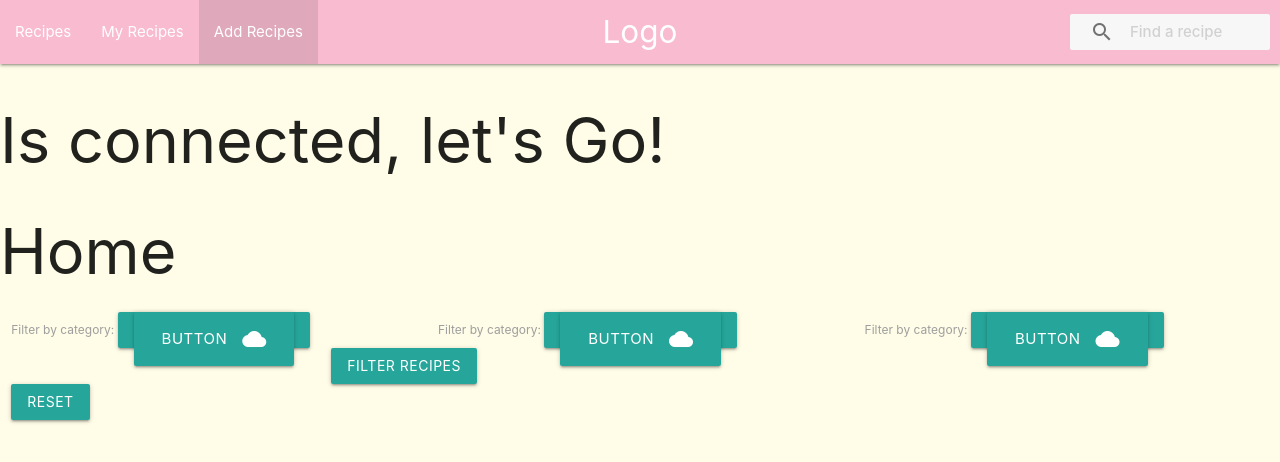
Repository: pazcm/cook-book
Page: templates/home.html
The author's editor kept a record of every edit. The page is drawn from the files as they stood at one moment, then again after the next edit.
The browser window is 1280 px wide. The pictures show the whole page.
Some web libraries are served in a nearby version. The page is served by the project's application, run on Flask 3 (app.py). The template is opened directly, without the code that normally fills it, so the values that code supplies are empty.

Above is the page before.

### templates/home.html
{% extends 'base.html' %}
{% block content %}
<h1>Home</h1>
    <div class="row">
        <form action="/" class="form-container" method="POST">
    <div class="form-row">
        <div class="col s12 offset-m4 l4 form-filter">
            <label for="category" class="category-filter">Filter by category: </label>
              <button class="btn btn-category" type="button">
                <a class="waves-effect waves-light btn-large"><i class="material-icons right">cloud</i>button</a>
              </button>
        </div>
        <div class="col s12 offset-m4 l4 form-filter">
            <label for="category" class="category-filter">Filter by category: </label>
              <button class="btn btn-ingredient" type="button">
                <a class="waves-effect waves-light btn-large"><i class="material-icons right">cloud</i>button</a>
              </button>
        </div>
        <div class="col s12 offset-m4 l4 form-filter">
            <label for="category" class="category-filter">Filter by category: </label>
              <button class="btn btn-cuisine" type="button">
                <a class="waves-effect waves-light btn-large"><i class="material-icons right">cloud</i>button</a>
              </button>
        </div>
    </div>
        <!-- submit / reset -->
        <div class="form-row">
            <div class="col s6 m6 offset-l3 l3">
                <button class="btn btn-filter" type="Submit">Filter Recipes</button>
            </div>
            <div class="col s12 m-6 l-3">
                <button href="{{url_for('home', recipes=recipes, category=category, ingredients=ingredients, cuisine=cuisine)}}" class="btn">Reset</button>
            </div>
        </div>
    </form>
    </div>
{% endblock %}

### templates/base.html
<!DOCTYPE html>
<html lang="en">
<html>
    <head>
        <meta charset="UTF-8">
        <meta name="viewport" content="width=device-width, initial-scale=1.0">
        <meta http-equiv="X-UA-Compatible" content="ie=edge">
        <!-- fonts icons -->
        <link href="https://fonts.googleapis.com/icon?family=Material+Icons" rel="stylesheet">
        <link href="https://stackpath.bootstrapcdn.com/font-awesome/4.7.0/css/font-awesome.min.css">
        <!-- Materialize -->
        <link rel="stylesheet" href="https://cdnjs.cloudflare.com/ajax/libs/materialize/1.0.0/css/materialize.min.css">
        <!-- custom CSS -->
        <link rel="stylesheet" href="{{ url_for('static', filename='css/style.css') }}" type="text/css" />

        <title>Cook Book app</title>
    </head>
    <body>
        <!-- Header - Navigation bar -->
        <nav>
            <div class="nav-wrapper">
            <!--sidenav-->
                <ul id="slide-out" class="sidenav">
                    <li>
                        <div class="user-view">
                            <div class="background">
                                <img src="static/images/yellow-unsplash.jpg">
                            </div>
                            <a href="#user"><img class="circle" src="static/images/toa-unsplash.jpg"></a>
                            <a href="#name"><span class="white-text name">Mary Jane</span></a>
                            <a href="#email"><span class="white-text email">maryjane@example.com</span></a>
                        </div>
                    </li>
                    <li><a href="#!"><i class="material-icons">local_dining</i>Link Logo Cook Book</a></li>
                    <li>
                        <div class="divider"></div>
                    </li>
                    <li><a class="subheader">Browse</a></li>
                    <li><a class="waves-effect" href="#!">Recipes</a></li>
                    <li><a class="waves-effect" href="#!">My Recipes</a></li>
                    <li><a class="waves-effect" href="#!">Add Recipes</a></li>
                </ul>
                <a href="#" data-target="slide-out" class="sidenav-trigger"><i class="material-icons">menu</i></a>
                <!--end sidenav-->

                <!--navbar menu-->
                <a href="#" class="brand-logo center">Logo</a>
                <ul id="nav-mobile" class="left hide-on-med-and-down">
                    <li><a href="templates/recipes.html">Recipes</a></li>
                    <li><a href="templates/my-recipes.html">My Recipes</a></li>
                    <li class="active"><a href="templates/add-recipes.html">Add Recipes</a></li>
                </ul>
                <div class="search-box">
                        <form action="" class="browser-default right">
                            <input id="search-input" placeholder="Find a recipe" type="text" class="browser-default search-field" name="q" value="" autocomplete="off" aria-label="Search box">
                            <label for="search-input"><i class="material-icons search-icon active">search</i></label>
                      </form>
                </div>
            </div>
            <!--end navebar menu-->
        </nav>
        <h1>Is connected, let's Go!</h1>
        {% block content %}
        {% endblock %}


        <!-- jQuery-->
        <script src="https://cdnjs.cloudflare.com/ajax/libs/jquery/3.2.1/jquery.min.js"></script>
        <!-- Compiled and minified JavaScript -->
        <script src="https://cdnjs.cloudflare.com/ajax/libs/materialize/1.0.0/js/materialize.min.js"></script>

        <!-- Collapsible Sidenav  -->
        <script type="text/javascript">
             $(document).ready(function () {
                    $('.sidenav').sidenav();
                });
        </script>

        <!--search box-->
        <script type="text/javascript">
            /* hide when expanded*/
document.querySelector(".search-field").addEventListener("focus", function() {
  let hidden = document.querySelectorAll(".search-hide");

  for (let i = 0; i < hidden.length; ++i) {
    hidden[i].style.display = "none";
  }
});

/* show when expanded*/
document.querySelector(".search-field")
  .addEventListener("focusout", function() {
    let hidden = document.querySelectorAll(".search-icon");
    for (let i = 0; i < hidden.length; ++i) {
      hidden[i].style.display = "block";
    }
  });


        </script>
    </body>
</html>

### app.py
import os
from flask import Flask, render_template, redirect, request, url_for
from flask_pymongo import PyMongo
from bson.objectid import ObjectId

app = Flask(__name__)
app.config["MONGO_DBNAME"] = 'cook-book-db'
app.config["MONGO_URI"] = 'mongodb+srv://root:r00tUser@cluster2-6phdr.mongodb.net/cook-book-db?retryWrites=true&w=majority'

mongo = PyMongo(app)


@app.route('/')
@app.route('/get_recipe')
def get_recipe():
    return render_template("recipes.html", recipes=mongo.db.recipes.find())


if __name__ == '__main__':
    app.run(host=os.environ.get('IP'),
            port=int(os.environ.get('PORT')),
            debug=True)

### static/css/style.css
body {
  background-color: #fffde7;
}

nav .nav-wrapper {
  background-color: #f8bbd0;
  margin-right: 0;
}

/* search box */

nav .search-box {
  position: relative;
  height: 100%;
  margin-right: 10px;
}

input.search-field {
  width: 1px;
  margin-right: 0;
  padding: 10px 25px;
  font-weight: 500;
  color: rgba(0, 0, 0, 0.54);
  border-radius: 2px;
  border: 0;
  height: 36px;
  background: #f7f7f7;
  transition: background 0.2s, width .2s;
}

input.search-field:hover {
  background: #ebebeb;
}

input.search-field:focus {
  width: 100vw;
  padding: 8px 8px 8px 50px;
}

.search-icon {
  position: absolute;
  top: 0;
  padding-left: 15px;
  color: rgba(0, 0, 0, 0.54);
}



/* Media queries */
@media (min-width: 600px) {

  /* search box */

  input.search-field {
    padding: 8px 8px 8px 60px;
    width: 200px;
  }

  input.search-field:focus {
    width: 100%;

  }

  .search-icon {
    padding-left: 20px;
  }

}

After the next edit:
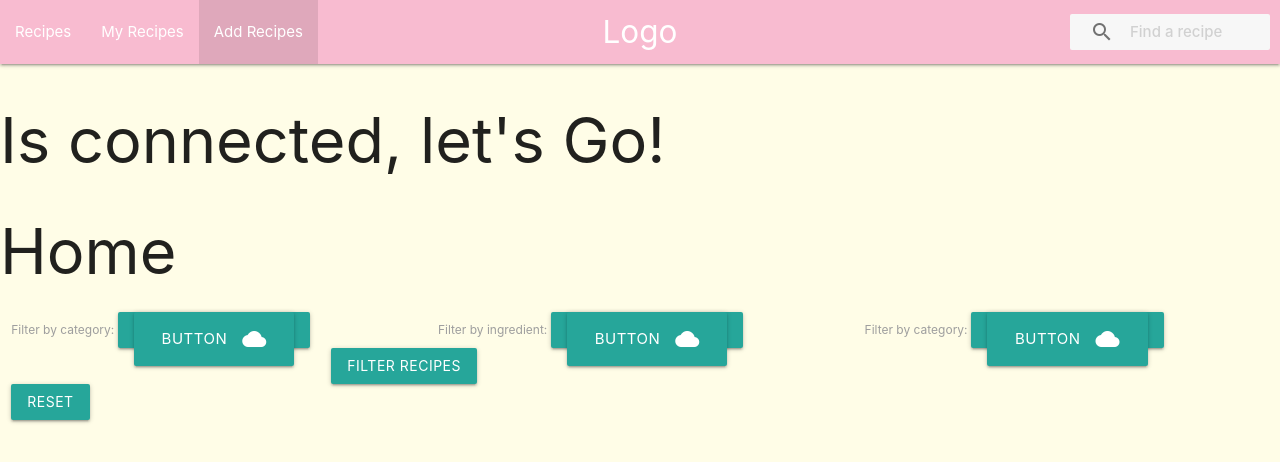
The edit:
--- a/templates/home.html
+++ b/templates/home.html
@@ -11,7 +11,7 @@
               </button>
         </div>
         <div class="col s12 offset-m4 l4 form-filter">
-            <label for="category" class="category-filter">Filter by category: </label>
+            <label for="cuisine" class="category-filter">Filter by ingredient: </label>
               <button class="btn btn-ingredient" type="button">
                 <a class="waves-effect waves-light btn-large"><i class="material-icons right">cloud</i>button</a>
               </button>
